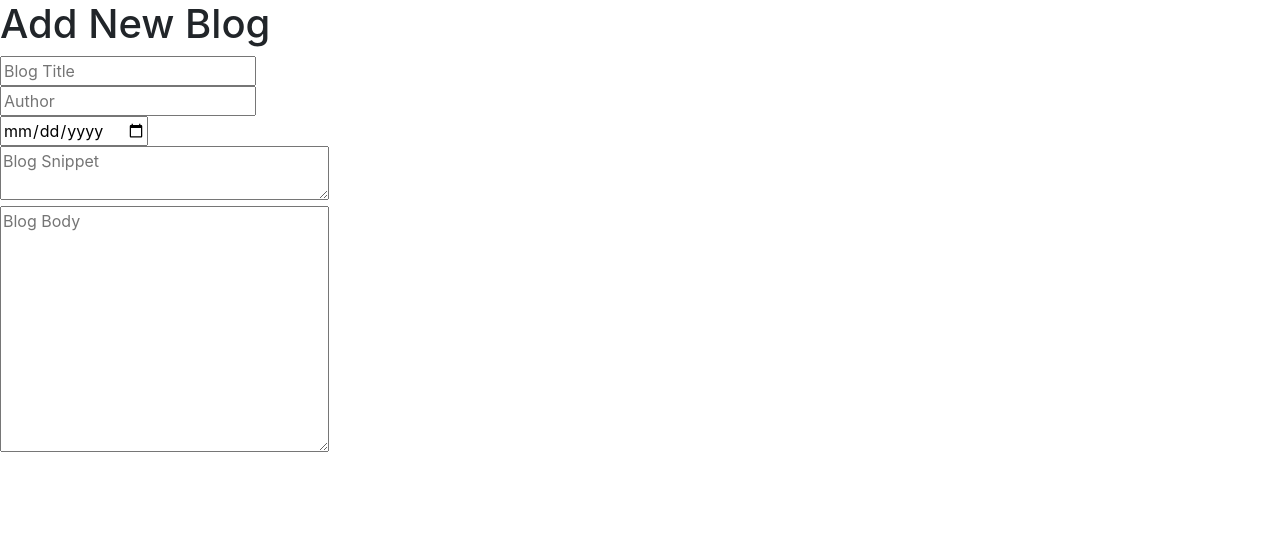
Repository: just-mann/just-blog
Page: http://localhost/add-blog
The author's editor kept a copy of each file at every save. The page is drawn from the files as they stood at one save, then again after the next save.
The browser window is 1280 px wide. The pictures show the whole page.
The page is served by the project's Node server (index.js).

Above is the page before, as saved 2022-01-29 12:11:17.

### views/add-blog.ejs
<!doctype html>
<html lang="en">
  <head>
    <title>Add New Blog</title>
    <!-- Required meta tags -->
    <meta charset="utf-8">
    <meta name="viewport" content="width=device-width, initial-scale=1, shrink-to-fit=no">

    <!-- Bootstrap CSS -->
    <link rel="stylesheet" href="https://stackpath.bootstrapcdn.com/bootstrap/4.3.1/css/bootstrap.min.css" integrity="sha384-ggOyR0iXCbMQv3Xipma34MD+dH/1fQ784/j6cY/iJTQUOhcWr7x9JvoRxT2MZw1T" crossorigin="anonymous">
  </head>
  <body>
    <div>
      <h1>Add New Blog</h1>
      <form action="/add-new-blog" method="POST">
        <div class="titleDiv">
          <input type="text" name="title" class="blog-title" placeholder="Blog Title">
        </div>
        <div class="authorDiv">
          <input type="text" name="title" class="blog-author" placeholder="Author">
        </div>
        <div class="dateDiv">
          <input type="date" name="date" class="blog-date">
        </div>
        <div class="snippetDiv">
          <textarea name="blog-snippet" id="blog-snippet" cols="30" rows="2.5" class="blog-snippet" placeholder="Blog Snippet"></textarea>
        </div>
        <div>
          <textarea name="blog-body" id="blog-body" cols="30" rows="10" class="blog-body" placeholder="Blog Body"></textarea>
        </div>
      </form>
    </div>

    <!-- Optional JavaScript -->
    <!-- jQuery first, then Popper.js, then Bootstrap JS -->
    <script src="https://code.jquery.com/jquery-3.3.1.slim.min.js" integrity="sha384-q8i/X+965DzO0rT7abK41JStQIAqVgRVzpbzo5smXKp4YfRvH+8abtTE1Pi6jizo" crossorigin="anonymous"></script>
    <script src="https://cdnjs.cloudflare.com/ajax/libs/popper.js/1.14.7/umd/popper.min.js" integrity="sha384-UO2eT0CpHqdSJQ6hJty5KVphtPhzWj9WO1clHTMGa3JDZwrnQq4sF86dIHNDz0W1" crossorigin="anonymous"></script>
    <script src="https://stackpath.bootstrapcdn.com/bootstrap/4.3.1/js/bootstrap.min.js" integrity="sha384-JjSmVgyd0p3pXB1rRibZUAYoIIy6OrQ6VrjIEaFf/nJGzIxFDsf4x0xIM+B07jRM" crossorigin="anonymous"></script>
  </body>
</html>

### index.js
const express = require('express');
const cors = require('cors');
const bodyParser = require('body-parser');


const app = express();

// BodyParser to tidy up the input from the form
app.use(bodyParser.urlencoded({ extended: true }));

// Setting the view engine
app.set('view engine', 'ejs');




// Get all the blogs from the database
app.get('/api/blogs', cors(), (req, res) => {
    res.send('Server is running.');
})

// Render the form that let's you add a new blog
app.get('/add-blog', (req, res) => {
    res.render('add-blog');
})


// Add new blog to the database
app.post('/add-new-blog', (req, res) => {

})







const PORT = process.env.PORT || 5000;
app.listen(PORT, () => console.log(`Server is running on port ${PORT}`))

After the next save:
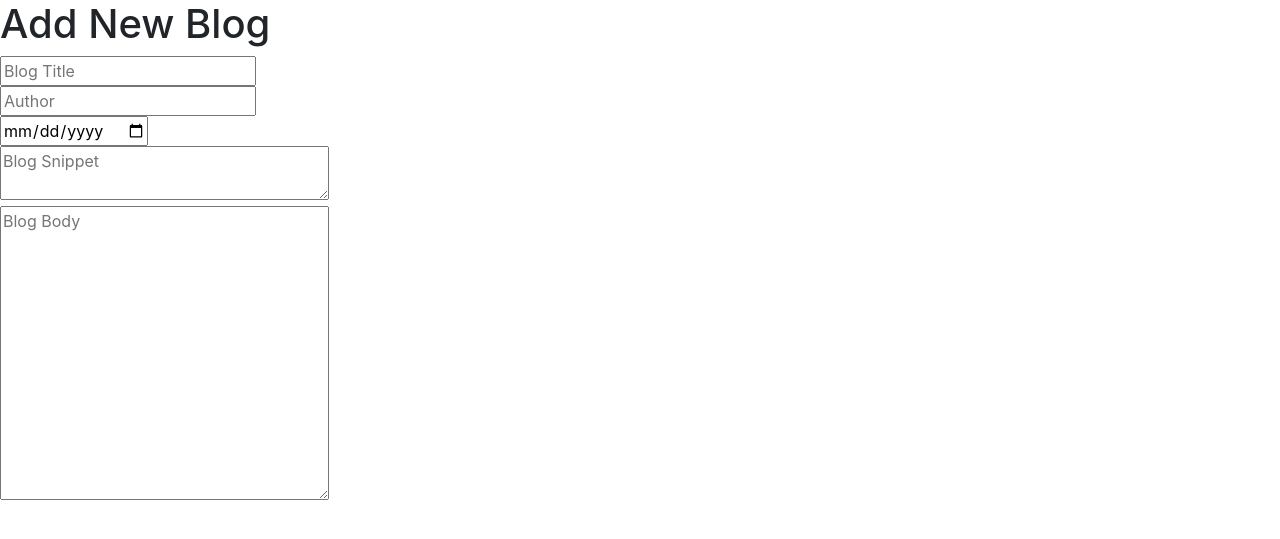
Saved 41 s later.
--- a/views/add-blog.ejs
+++ b/views/add-blog.ejs
@@ -26,7 +26,7 @@
           <textarea name="blog-snippet" id="blog-snippet" cols="30" rows="2.5" class="blog-snippet" placeholder="Blog Snippet"></textarea>
         </div>
         <div>
-          <textarea name="blog-body" id="blog-body" cols="30" rows="10" class="blog-body" placeholder="Blog Body"></textarea>
+          <textarea name="blog-body" id="blog-body" cols="30" rows="12" class="blog-body" placeholder="Blog Body"></textarea>
         </div>
       </form>
     </div>
